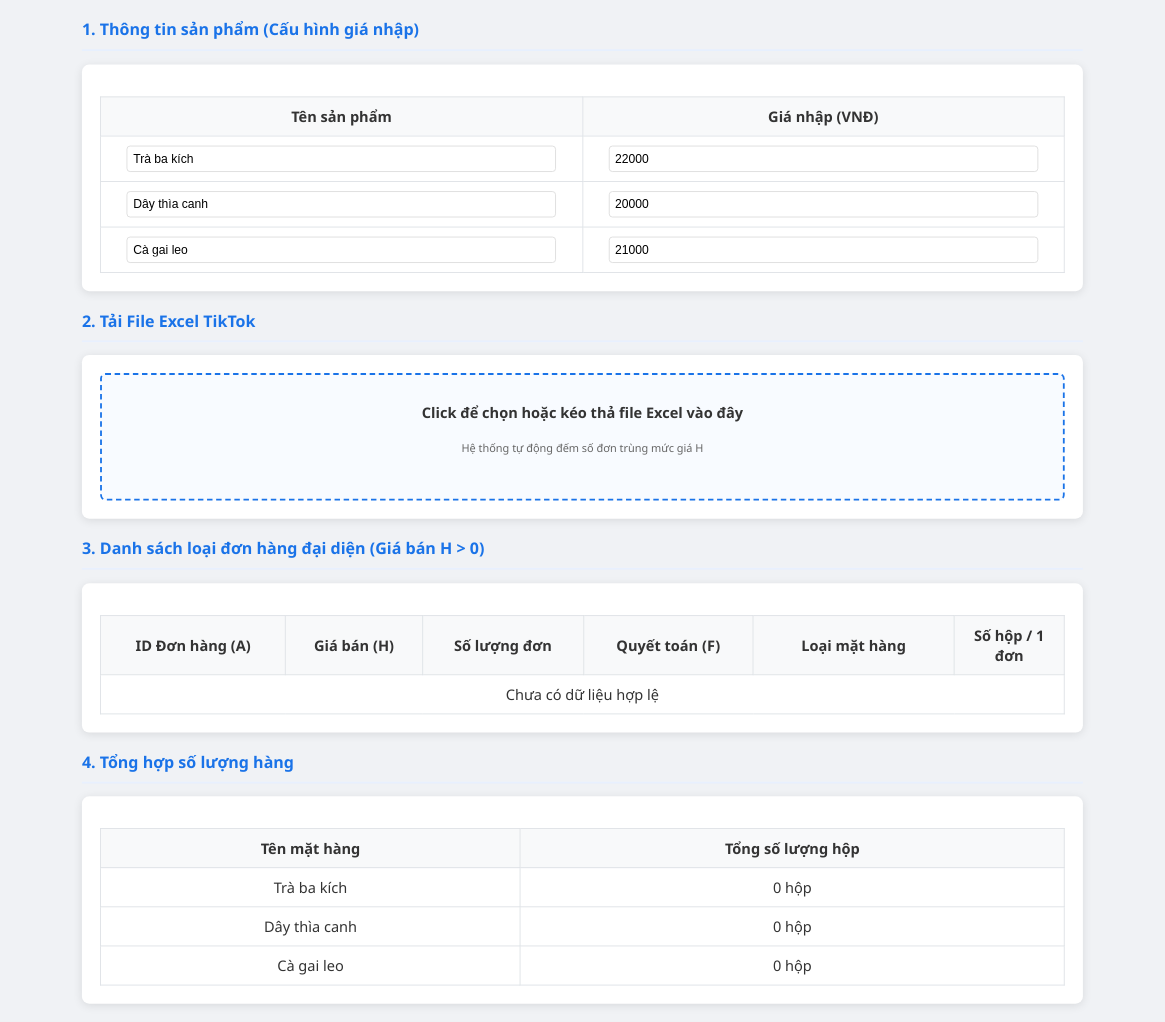
Repository: vanphi96/quyettoan.philv
Page: index.html
The author's editor kept a copy of each file at every save. The page is drawn from the files as they stood at one save, then again after the next save.
The browser window is 1280 px wide. The pictures show the whole page, at 91% of full size.

Above is the page before, as saved 2026-04-11 22:27:56.

After the next save:
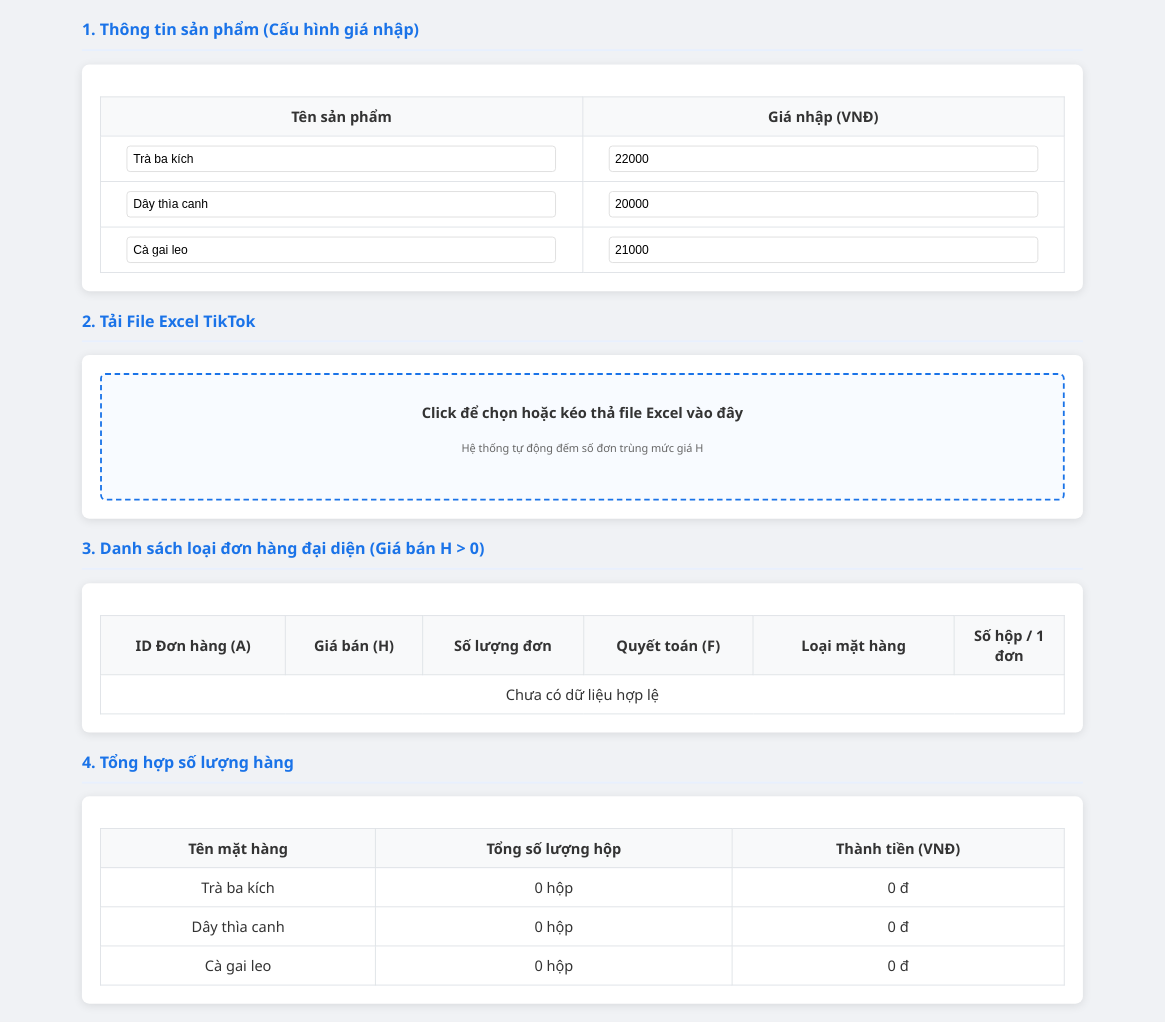
Saved 48 s later.
--- a/index.html
+++ b/index.html
@@ -73,6 +73,7 @@
                 <tr>
                     <th>Tên mặt hàng</th>
                     <th>Tổng số lượng hộp</th>
+                    <th>Thành tiền (VNĐ)</th>
                 </tr>
             </thead>
             <tbody id="summaryBody"></tbody>
@@ -169,7 +170,9 @@
     function updateSummaryTable() {
         const summaryBody = document.getElementById('summaryBody');
         const totalCounts = {};
+        const totalMoney = {};
         products.forEach(p => totalCounts[p.name] = 0);
+        products.forEach(p => totalMoney[p.name] = 0);
 
         const rows = document.querySelectorAll('.order-row');
         rows.forEach(row => {
@@ -178,7 +181,11 @@
             const boxesPerOrder = parseInt(row.querySelector('.qty-per-order').value) || 0;
 
             if (productName && totalCounts.hasOwnProperty(productName)) {
-                totalCounts[productName] += (orderCount * boxesPerOrder);
+                const boxes = (orderCount * boxesPerOrder);
+                totalCounts[productName] += boxes;
+                const prod = products.find(pr => pr.name === productName);
+                const unitPrice = prod ? (Number(prod.price) || 0) : 0;
+                totalMoney[productName] += boxes * unitPrice;
             }
         });
 
@@ -186,6 +193,7 @@
             <tr class="${totalCounts[p.name] > 0 ? 'total-row' : ''}">
                 <td>${p.name}</td>
                 <td>${totalCounts[p.name].toLocaleString()} hộp</td>
+                <td>${totalMoney[p.name].toLocaleString()} đ</td>
             </tr>
         `).join('');
     }
